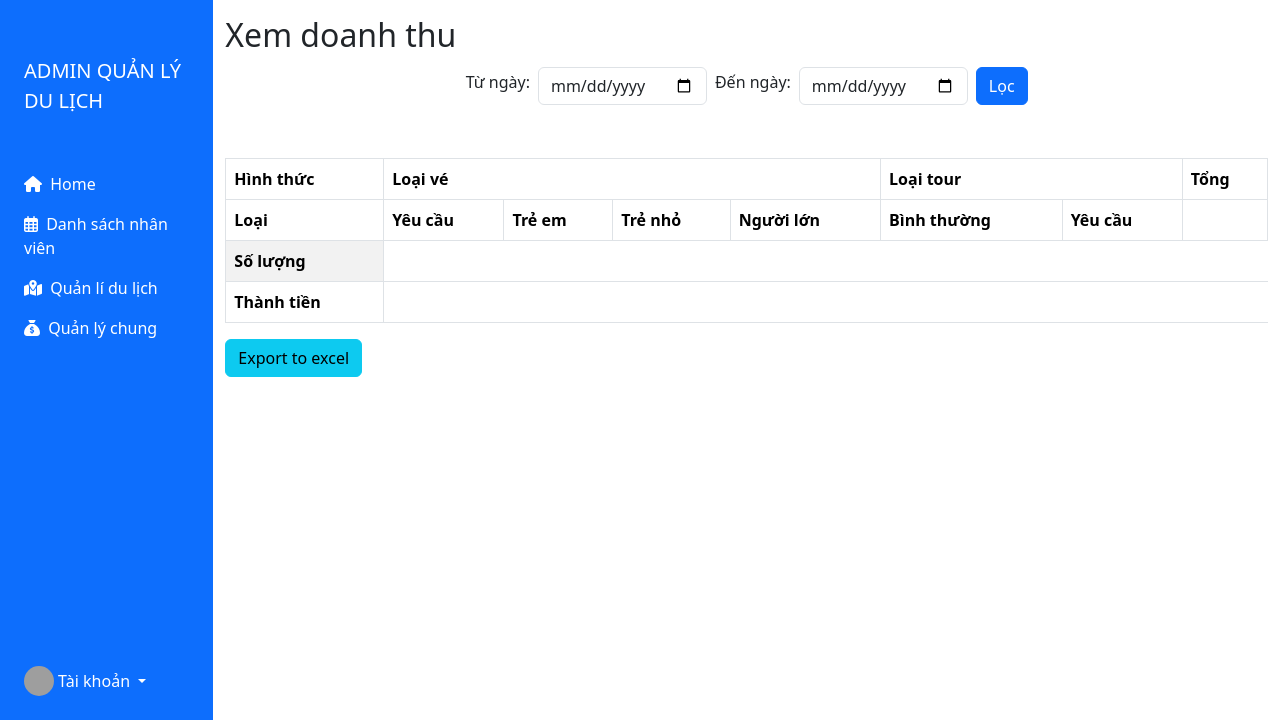
Repository: vantohuu/BOOKINGTOUR
Page: http://localhost/BOOKINGTOUR/WEB-INF/views/doanhthu/doanhthu.jsp
The author's editor kept a copy of each file at every save. The page is drawn from the files as they stood at one save, then again after the next save.
The browser window is 1280 px wide. The pictures show the whole page.
Pictures or frames that could not be fetched are drawn as grey boxes. Some web libraries are served in a nearby version. The page is served by Tomcat 9. Nobody is signed in. Other server files are loaded and not shown. The template is opened directly, without the code that normally fills it, so the values that code supplies are empty.

Above is the page before, as saved 2023-06-05 23:45:42.
Console error: ReferenceError: $ is not defined

### BOOKINGTOUR/src/main/webapp/WEB-INF/views/doanhthu/doanhthu.jsp
<%@ page language="java" contentType="text/html; charset=UTF-8"
    pageEncoding="UTF-8"%>
        <%@ taglib uri="http://java.sun.com/jstl/core_rt" prefix="c"%>
<%@ taglib uri="http://java.sun.com/jstl/fmt_rt" prefix="f"%>
<!DOCTYPE html>
<html>
<head>
<meta charset="UTF-8">
 <link href="https://cdn.jsdelivr.net/npm/bootstrap@5.3.0-alpha1/dist/css/bootstrap.min.css" rel="stylesheet"
     integrity="sha384-GLhlTQ8iRABdZLl6O3oVMWSktQOp6b7In1Zl3/Jr59b6EGGoI1aFkw7cmDA6j6gD" crossorigin="anonymous">
     <script src="https://kit.fontawesome.com/ee36f81461.js" crossorigin="anonymous"></script>
<title>Admin quản lý du lịch</title>
</head>
<body>
<div class="container-fluid">
		<div class="row flex-nowrap">
   <%@ include file="../includes/Navbarc1.jsp" %>
    <script src="https://cdn.jsdelivr.net/npm/bootstrap@5.3.0-alpha1/dist/js/bootstrap.bundle.min.js" integrity="sha384-w76AqPfDkMBDXo30jS1Sgez6pr3x5MlQ1ZAGC+nuZB+EYdgRZgiwxhTBTkF7CXvN" crossorigin="anonymous"></script>

<div class="col py-3">

				<h2>Xem doanh thu</h2>
				<div class="d-flex justify-content-center align-items-center">
					<form action="doanhthu.htm"
						class="d-flex justify-content-center align-items-center">

						<p class="text-nowrap mt-2">Từ ngày:</p>
						<input class="form-control mx-2" name="tungay"
							data-provide="datepicker" type="date">
						<p class="text-nowrap mt-2">Đến ngày:</p>
						<input class="form-control mx-2" name="denngay"
							data-provide="datepicker" type="date">
						<div class="form-group row  ">
							<div class="col-sm-10">
								<button type="submit" class="btn btn-primary">Lọc</button>
							</div>
						</div>
					</form>
				</div>
				<table class="table table-bordered table-striped mt-5" id = "tbldemo">
					<thead>
						<tr>
							<th scope="col">Hình thức</th>
							<th scope="col" colspan="4">Loại vé</th>
							<th scope="col" colspan="2">Loại tour</th>
							<th scope="col" colspan="1">Tổng</th>

						</tr>
						<tr>
							<th scope="col">Loại</th>
							<th scope="col">Yêu cầu</th>
							<th scope="col">Trẻ em</th>
							<th scope="col">Trẻ nhỏ</th>
							<th scope="col">Người lớn</th>
							<th scope="col">Bình thường</th>
							<th scope="col">Yêu cầu</th>
							<th scope="col"></th>

						</tr>
					</thead>
					 <tbody>
						<tr>
							<th scope="row">Số lượng</th>
							<%-- <td>${c_ga_ngay}</td>
							<td>${c_ga_ngay}</td>
							<td>${c_so_dem}</td>
							<td>${c_ga_dem}</td>
							<td>${c_so_thang}</td>
							<td>${c_ga_thang}</td>
							<td>${c_so_ngay + c_so_dem + c_so_thang}</td>
							<td>${c_ga_ngay + c_ga_dem + c_ga_thang}</td>
							<td>${c_so_ngay + c_so_dem + c_so_thang + c_ga_ngay + c_ga_dem + c_ga_thang}</td> --%>
						</tr>
						<tr>
							<th scope="row">Thành tiền</th>
							<%-- <td>${s_ga_ngay}</td>
							<td>${s_ga_ngay}</td>
							<td>${s_so_dem}</td>
							<td>${s_ga_dem}</td>
							<td>${s_so_thang}</td>
							<td>${s_ga_thang}</td>
							<td>${s_so_ngay + s_so_dem + s_so_thang}</td>
							<td>${s_ga_ngay + s_ga_dem + s_ga_thang}</td>
							<td>${s_so_ngay + s_so_dem + s_so_thang + s_ga_ngay + s_ga_dem + s_ga_thang}</td> --%>
						</tr>
					</tbody>
				</table>
				<button id="btnexport" class = "btn btn-info">Export to excel</button>
				<script>
        $(function () {
            $("#btnexport").click(function () {
                $("#tbldemo").table2excel();
            });
        });
    </script>
			</div>
			</div>
			</div>




</body>
</html>

### BOOKINGTOUR/src/main/webapp/WEB-INF/views/includes/Navbarc1.jsp
<%@ page language="java" contentType="text/html; charset=UTF-8"
    pageEncoding="UTF-8"%>


        <div class="col-auto col-md-3 col-xl-2 px-sm-2 px-0t bg-primary">
            <div class="d-flex flex-column align-items-center align-items-sm-start px-3 pt-2 text-white min-vh-100 ">
                <a href="#" class="d-flex align-items-center pb-5 pt-5 mb-md-0 me-md-auto text-white text-decoration-none">
                    <span class="fs-5 d-none d-sm-inline">ADMIN QUẢN LÝ DU LỊCH</span>
                </a>
                <ul class="nav nav-pills flex-column mb-sm-auto mb-0 align-items-center align-items-sm-start " id="menu">
                    <li class="nav-item">
                        <a href="homeshow.htm" class="nav-link text-white align-middle px-0">
                           <i class="fa-solid fa-house"></i>
                            <span class="ms-1 d-none d-sm-inline">Home</span>
                        </a>
                    </li>
                  <li><a href="danhsachnhanvien.htm"
							class="nav-link text-white px-0 align-middle">
							<i class="fa-regular fa-calendar-days"></i> <span
								class="ms-1 d-none d-sm-inline">Danh sách nhân viên</span>
						</a></li>
						     </li>
                 <!--  <li><button onclick="goHome()">Go to Intro Page</button></li> -->
                    <li>
                        <a href="#submenu2" data-bs-toggle="collapse" class="nav-link text-white px-0 align-middle ">
                            <i class="fa-solid fa-map-location-dot"></i>
                            <span class="ms-1 d-none d-sm-inline">Quản lí du lịch</span></a>
                        <ul class="collapse nav flex-column ms-1" id="submenu2" data-bs-parent="#menu">
                            <li class="w-100">
                                <a href="dsdattour.htm" class="nav-link text-white px-0"> <span class="d-none d-sm-inline">Danh sách đặt tour</span></a>
                            </li>
                            <li>
                                <a href="diemdulich.htm" class="nav-link text-white px-0"> <span class="d-none d-sm-inline">Điểm du lịch</span></a>
                            </li>
                               <li>
                                <a href="dsdiemluutru.htm" class="nav-link text-white px-0"> <span class="d-none d-sm-inline">Điểm lưu trú</span></a>
                            </li>
                            <li>
                                <a href="dsTour.htm" class="nav-link text-white px-0"> <span class="d-none d-sm-inline">Tour</span></a>
                            </li>
                        </ul>
                    </li>
                     <li>
                        <a href="#submenu3" data-bs-toggle="collapse" class="nav-link text-white px-0 align-middle ">
                           <i class="fa-solid fa-sack-dollar"></i>
                            <span class="ms-1 d-none d-sm-inline">Quản lý chung</span></a>
                        <ul class="collapse nav flex-column ms-1" id="submenu3" data-bs-parent="#menu">
                            <li class="w-100">
                                <a href="doanhthu.htm" class="nav-link text-white px-0"> <span class="d-none d-sm-inline">Doanh thu</span></a>
                            </li>

                            <li>
                                <a href="dskhachhang.htm" class="nav-link text-white px-0"> <span class="d-none d-sm-inline">Khách hàng</span></a>
                            </li>

                            <li>
                                <a href="dsdotkhuyenmai.htm" class="nav-link text-white px-0"> <span class="d-none d-sm-inline">Khuyến mãi</span></a>
                            </li>
                        </ul>
                    </li>

                <hr>
                </ul>


                <div class="dropdown pb-4">
                    <a href="#" class="d-flex align-items-center text-white text-decoration-none dropdown-toggle" id="dropdownUser1" data-bs-toggle="dropdown" aria-expanded="false">
                        <img src="https://github.com/mdo.png" alt="hugenerd" width="30" height="30" class="rounded-circle">
                        <span class="d-none d-sm-inline mx-1">Tài khoản</span>
                    </a>
                    <ul class="dropdown-menu dropdown-menu-dark text-small shadow">

                        <li><a class="dropdown-item" href="suattcanhan.htm">Chỉnh sửa thông tin cá nhân</a></li>
                        <li><a class="dropdown-item" href="doimatkhau.htm">Đổi mật khẩu</a></li>
                        <li>
                            <hr class="dropdown-divider">
                        </li>
                        <li><a class="dropdown-item" href="logout.htm">Đăng xuất</a></li>
                    </ul>
                </div>
            </div>
        </div>

     <script>
    /* function goHome() {
        window.location.href = "danhsachnhanvien.htm";
    } */
</script>

After the next save:
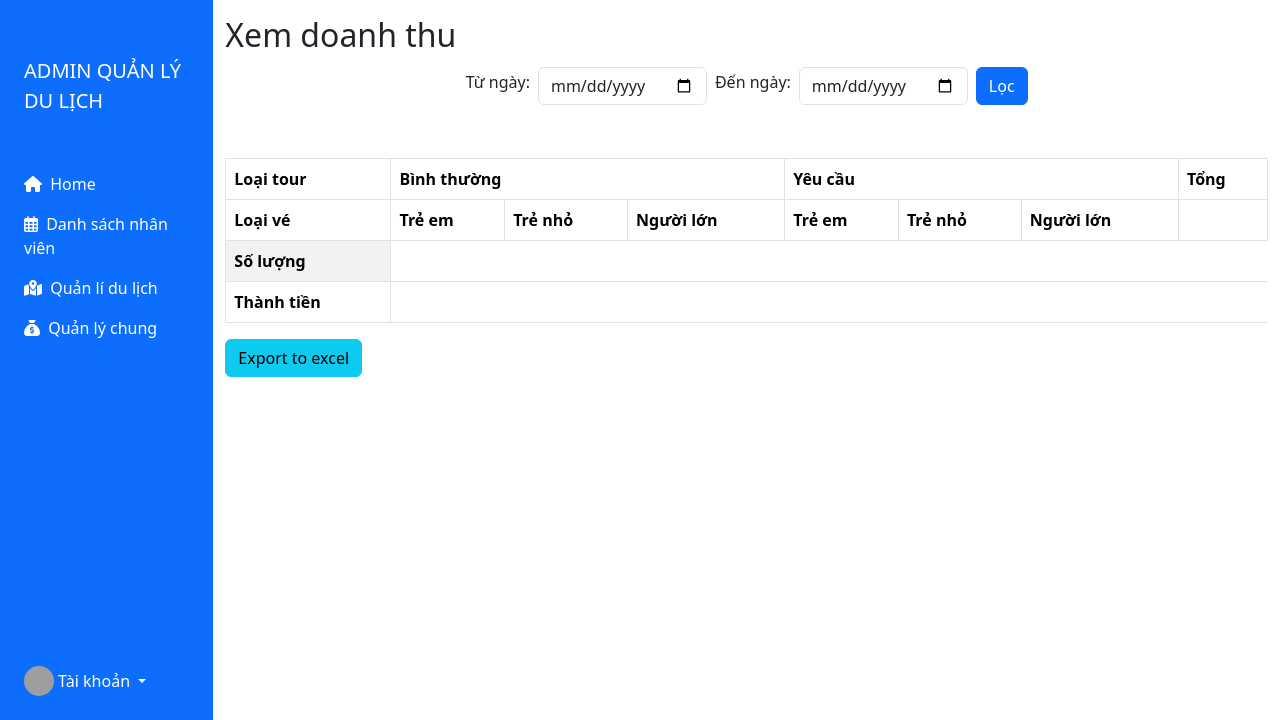
Saved 3 min 33 s later.
--- a/BOOKINGTOUR/src/main/webapp/WEB-INF/views/doanhthu/doanhthu.jsp
+++ b/BOOKINGTOUR/src/main/webapp/WEB-INF/views/doanhthu/doanhthu.jsp
@@ -40,20 +40,20 @@
 				<table class="table table-bordered table-striped mt-5" id = "tbldemo">
 					<thead>
 						<tr>
-							<th scope="col">Hình thức</th>
-							<th scope="col" colspan="4">Loại vé</th>
-							<th scope="col" colspan="2">Loại tour</th>
+							<th scope="col">Loại tour</th>
+							<th scope="col" colspan="3">Bình thường</th>
+							<th scope="col" colspan="3">Yêu cầu</th>
 							<th scope="col" colspan="1">Tổng</th>
 
 						</tr>
 						<tr>
-							<th scope="col">Loại</th>
-							<th scope="col">Yêu cầu</th>
+							<th scope="col">Loại vé</th>
 							<th scope="col">Trẻ em</th>
 							<th scope="col">Trẻ nhỏ</th>
 							<th scope="col">Người lớn</th>
-							<th scope="col">Bình thường</th>
-							<th scope="col">Yêu cầu</th>
+							<th scope="col">Trẻ em</th>
+							<th scope="col">Trẻ nhỏ</th>
+							<th scope="col">Người lớn</th>
 							<th scope="col"></th>
 
 						</tr>
